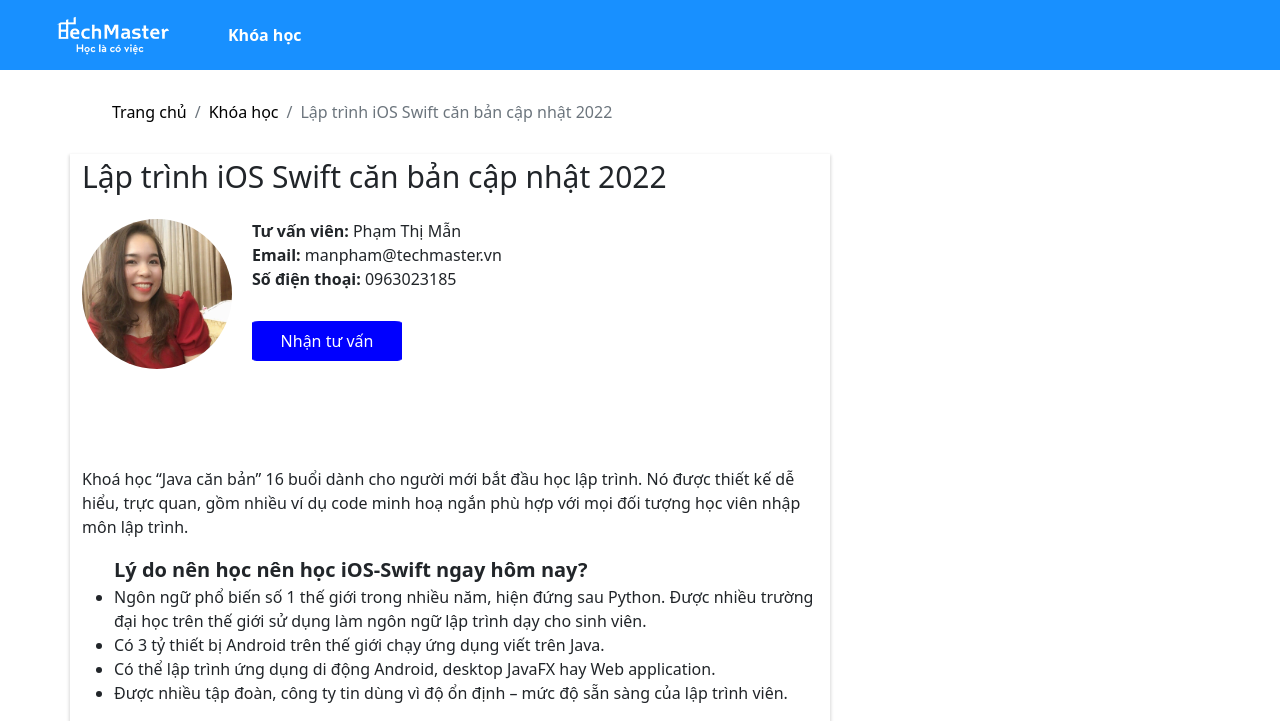
Repository: khanhnahk306/khanhnahk.github.io
Page: Clone_Techmaster/html/ios.html
An editor plug-in stored every save of this project. The page is shown before and after the next save, followed by the edit.
The browser window is 1280 px wide. The pictures show the whole page.

Above is the page before, as saved 2022-06-10 13:37:22.

After the next save:
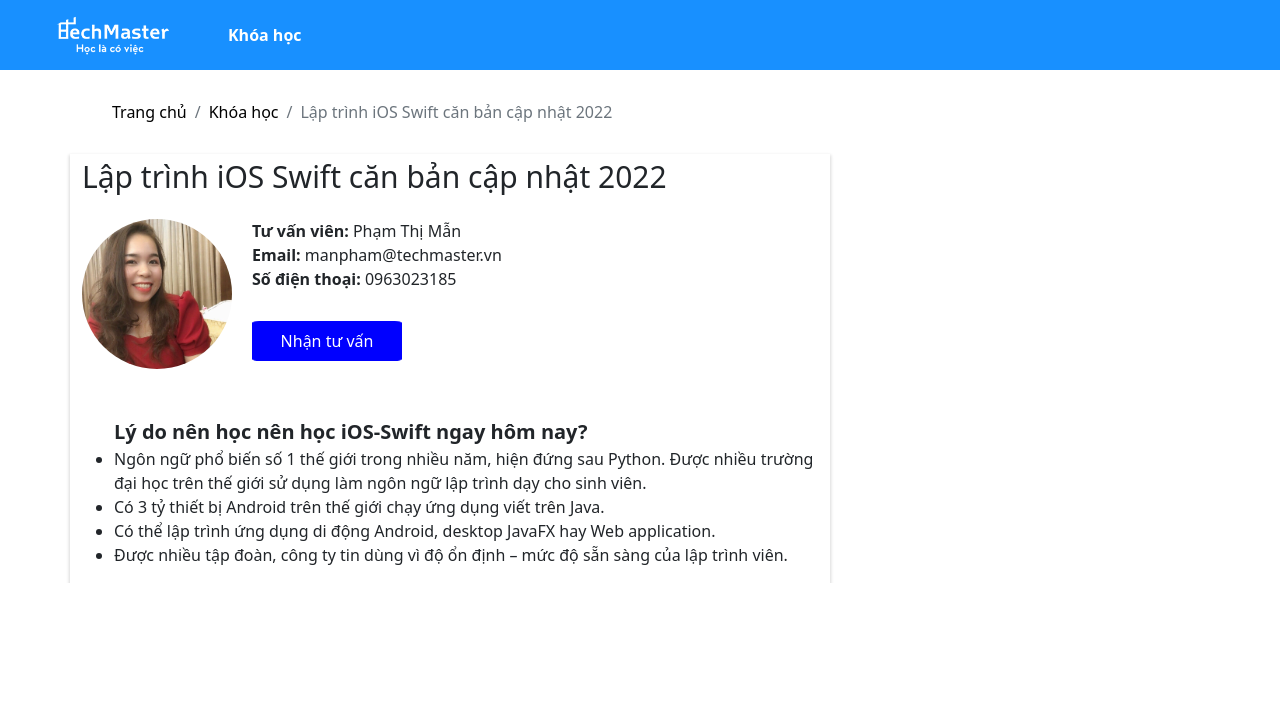
Saved 11 s later.
--- a/Clone_Techmaster/html/ios.html
+++ b/Clone_Techmaster/html/ios.html
@@ -75,9 +75,6 @@
                 </div>
                 <div class="content">
                     <br><br>
-                    <p>Khoá học “Java căn bản” 16 buổi dành cho người mới bắt đầu học lập trình. Nó được thiết kế dễ
-                        hiểu, trực quan, gồm nhiều ví dụ code minh hoạ ngắn phù hợp với mọi đối tượng học viên nhập môn
-                        lập trình.</p>
                     <ul>
                         <b style="font-size: 20px;">Lý do nên học nên học iOS-Swift ngay hôm nay?</b>
                         <li>Ngôn ngữ phổ biến số 1 thế giới trong nhiều năm, hiện đứng sau Python. Được nhiều trường đại học trên thế giới sử dụng làm ngôn ngữ lập trình dạy cho sinh viên.</li>
